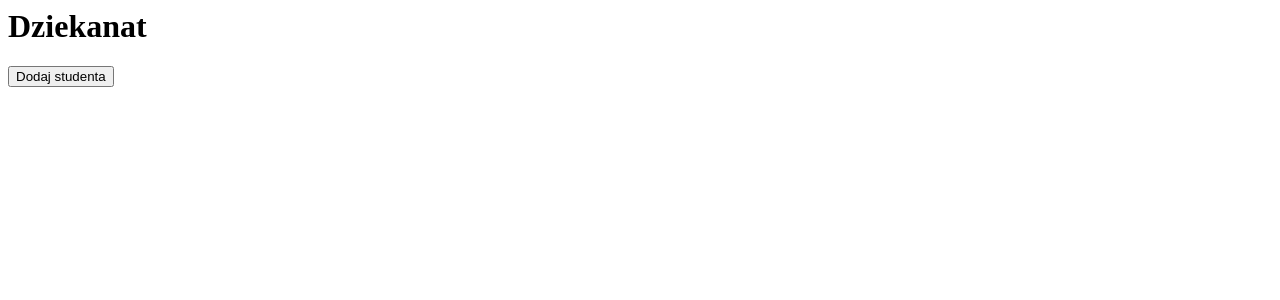
Repository: wojciechDrozd/php
Page: http://localhost/adminMenuBar.php
An editor plug-in stored every save of this project. The page is shown before and after the next save, followed by the edit.
The browser window is 1280 px wide. The pictures show the whole page.
The page is run by PHP 8.4 with error messages shown; the project is at /var/www/html/.

Above is the page before, as saved 2017-04-12 19:18:39.

### 1/CRUDexample/adminMenuBar.php
<div class="container">
    <div class="row">
        <div class="col-md-12">
            <h1>Dziekanat</h1>
        </div>
    </div>
    <div class="row">
        <div class="col-md-12">
            <div class="pull-right">
                <button class="btn btn-success" data-toggle="modal" data-target="#add_new_record_modal">Dodaj studenta</button>
            </div>
        </div>
    </div>
    <div class="row">
        <div class="col-md-12">
            <br/>
             <div class="records_content">

            </div>
        </div>
    </div>
</div>

After the next save:
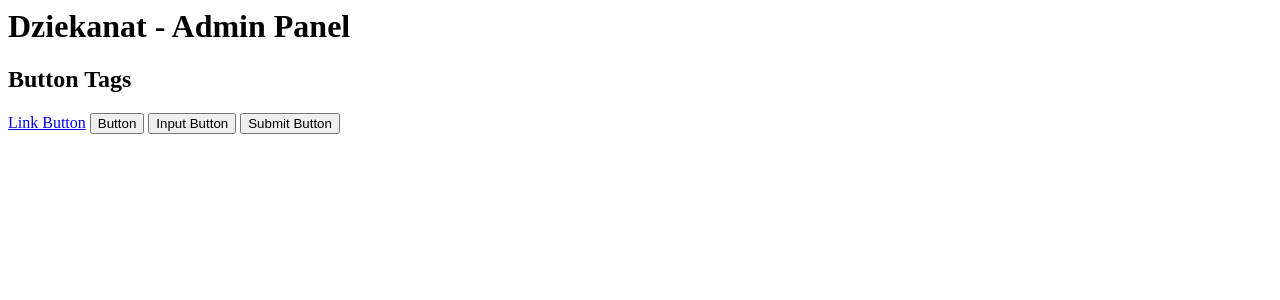
Saved 3 min 27 s later.
--- a/1/CRUDexample/adminMenuBar.php
+++ b/1/CRUDexample/adminMenuBar.php
@@ -1,22 +1,19 @@
 <div class="container">
-    <div class="row">
-        <div class="col-md-12">
-            <h1>Dziekanat</h1>
-        </div>
-    </div>
-    <div class="row">
-        <div class="col-md-12">
-            <div class="pull-right">
-                <button class="btn btn-success" data-toggle="modal" data-target="#add_new_record_modal">Dodaj studenta</button>
-            </div>
-        </div>
-    </div>
-    <div class="row">
-        <div class="col-md-12">
-            <br/>
-             <div class="records_content">
+	<div class="row">
+		<div class="col-md-12">
+			<h1>Dziekanat - Admin Panel</h1>
+		</div>
+	</div>
+	<div class="row">
 
-            </div>
-        </div>
-    </div>
+		<div class="container">
+			<h2>Button Tags</h2>
+			<a href="#" class="btn btn-info" role="button">Link Button</a>
+			<button type="button" class="btn btn-info">Button</button>
+			<input type="button" class="btn btn-info" value="Input Button"> <input
+				type="submit" class="btn btn-info" value="Submit Button">
+		</div>
+
+	</div>
+
 </div>
